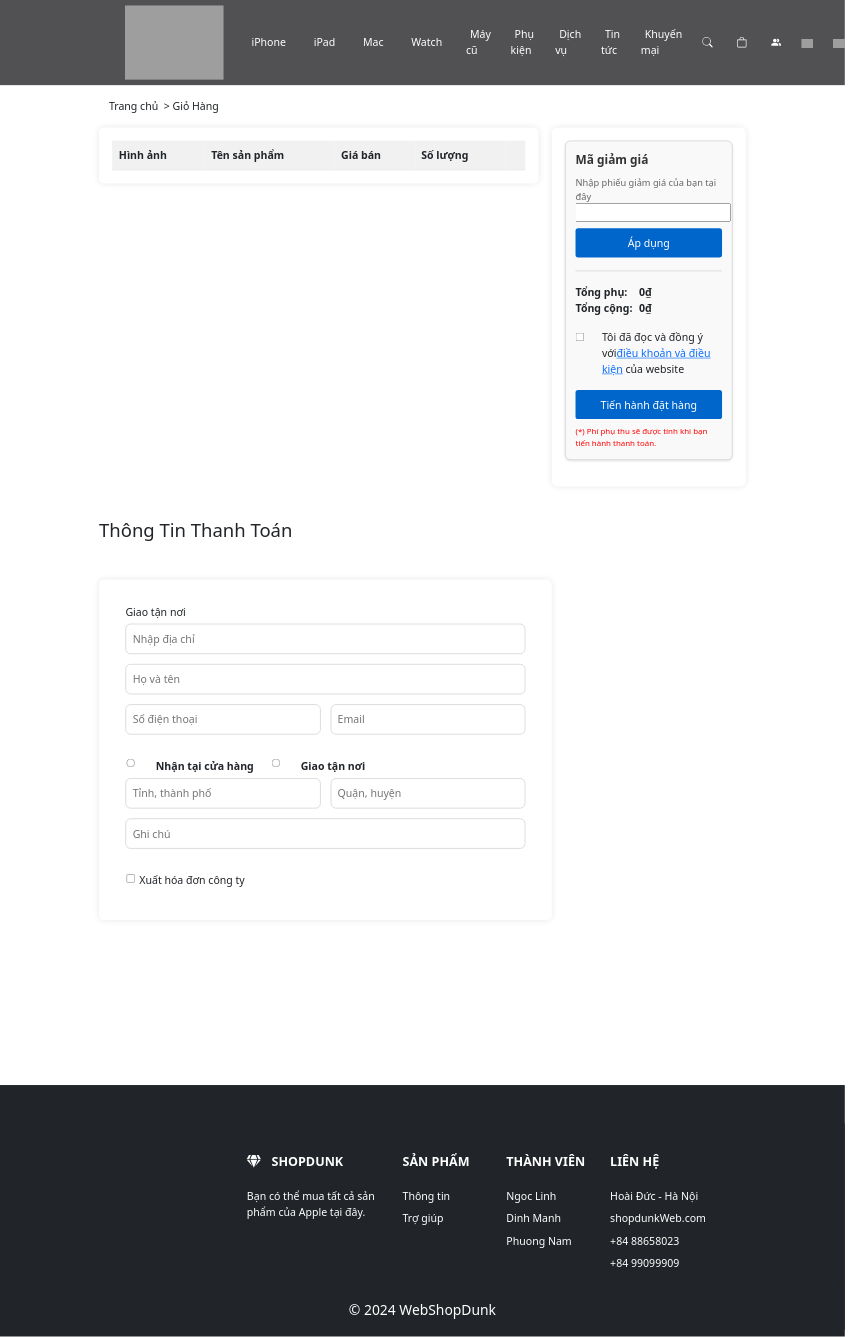
Repository: 20092004nam2k4/FE-ShopDunk
Page: /cart
The author's editor kept a copy of each file at every save. The page is drawn from the files as they stood at one save, then again after a run of saves.
The browser window is 1280 px wide. The page is 1296 px wide, so the pictures cover 1296 px, including what lies to the right of the window. The pictures show the whole page, at 66% of full size.
Pictures or frames that could not be fetched are drawn as grey boxes. The page's requests for data from a server got no answer. The project was rebuilt for these pictures with package versions that can differ from the ones it lists, and the page was loaded fresh each time. No one was signed in, and anything a server would have sent is missing. Also part of the build but not shown: src/component/common/SlideImage.css, src/component/common/SlideImage.js, src/component/product/ProductList.css, src/component/product/ProductList.js, src/component/product/ProductDetail.css, src/component/product/ProductDetail.js, src/component/user/LoginUser.js, src/component/user/UserProfile.js and 3 more.

Above is the page before, as saved 2024-06-10 13:58:05.

After the next 3 saves:
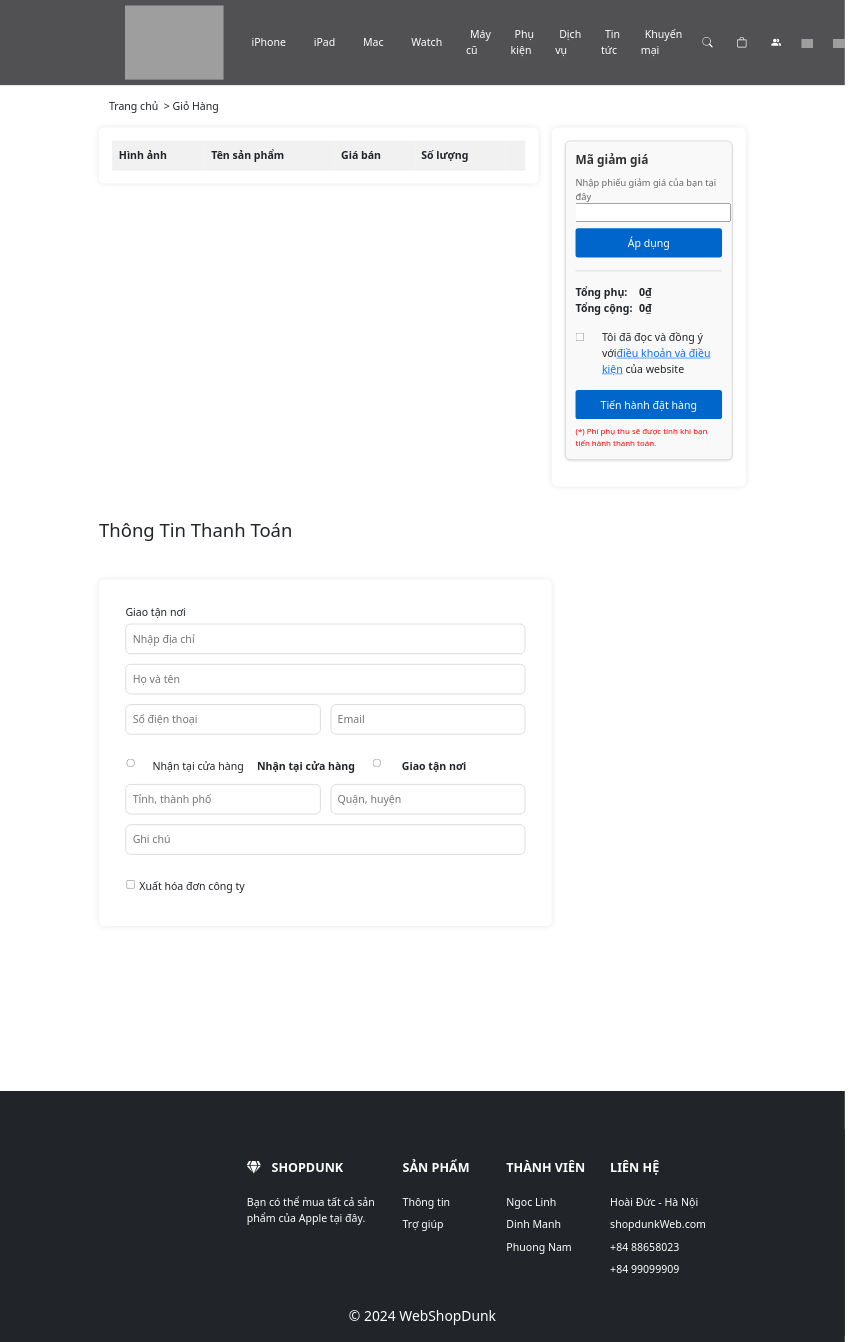
The 3 saves are shown as one change because they came seconds apart.
The last was saved 102 s later.
--- a/src/component/cart/CartPage.js
+++ b/src/component/cart/CartPage.js
@@ -291,7 +291,7 @@
             </div>
             <div class="edit-address">
               <div class="delivery-method">
-                <input type="radio" id="receive-store" name="receive-method" value="store"></input>
+                <input type="radio" id="receive-store" name="receive-method" value="store"></input><p>Nhận tại cửa hàng</p>
                 <label for="receive-store">Nhận tại cửa hàng</label>
                 <input type="radio" id="receive-delivery" name="receive-method" value="delivery"></input>
                 <label for="receive-delivery">Giao tận nơi</label>
